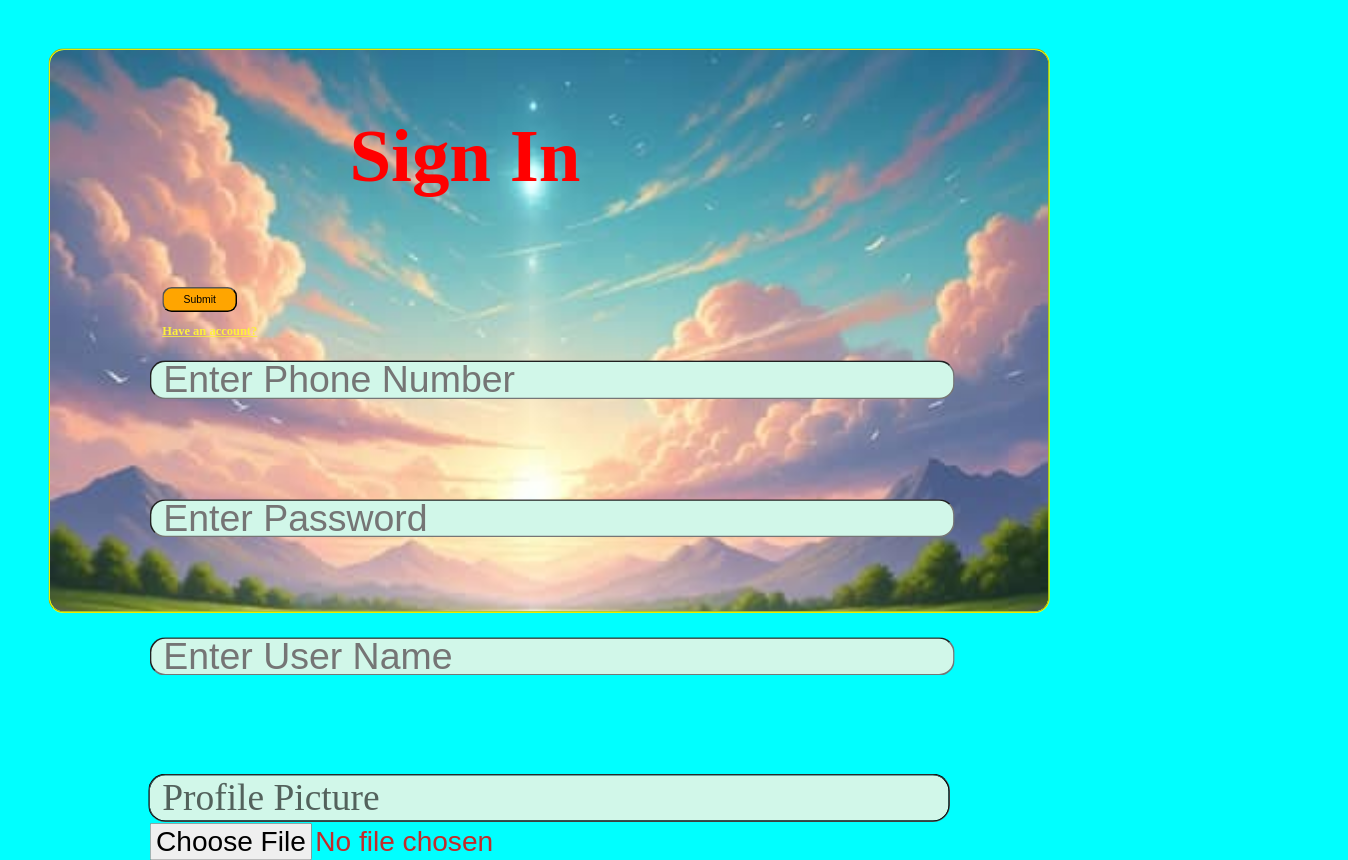
Repository: Amani-Kibet/express-app-web
Page: pages/signup/signIn.html
These files come from the project's save history. The page is drawn as it stood at one moment and after the next save; the edit follows.
The browser window is 1280 px wide. The page is 1728 px wide, so the pictures cover 1728 px, including what lies to the right of the window. The pictures show the whole page, at 78% of full size.

Above is the page before, as saved 2025-09-28 15:36:49.

### pages/signup/signIn.html
<!DOCTYPE html>
<head>
  <title> Login Page</title>
  <style>
  #board{
    background: url(/pictures/p1.png);
    background-size: cover;
    width: 100vw;
    height: 100vh;
    border-radius: 18px;
    outline: 2px groove yellow;
    position: absolute;
    top: 4rem;
    left: 4rem;
    display: flex;
    flex-direction: column;
  }
  h2{
    color: red;
    position: relative;
    left: 30%;
    font-size: 6rem
  }
  .inputs{
    width: 80%;
    height: 6%;
    position: relative;
    left: 10%;
    margin-top: 10%;
    border-radius: 20px;
    color: blue;
    font-size: 3em;
    background-color: rgb(209, 247, 233);
  }
  #picC{
    display: flex;
    flex-direction: column;
    gap: 10%;
    height: 8%;
    outline: 2px groove black;
    color: rgb(194, 43, 43);
  }
  #picI{
    font-size: 0.75em;
  }
  #picT{
    font-size: 1em;
    opacity: 0.6;
    font-style: normal;
    position: relative;
    left: 1rem;
    color: black;
  }
  #submit{
    background: orange;
    position: absolute;
    width: 6rem;
    height: 2rem;
    top: 19rem;
    left: 9rem;
    border-radius: 12px;
  }
  #msg{
    background: lightblue;
    width: 14rem;
    height: 14rem;
    border-radius: 10px;
    position: absolute;
    bottom: 8rem;
    left: 5rem;
    outline: 2px groove yellow;
    display: none;
  }
  .prog{
    width: 3rem;
    height: 3rem;
    border-radius: 40px;
    position: absolute;
    top: 2rem;
    left: 4.5rem;
    outline: 10px groove yellow;
    font-size: 40px;
  }
  #prog2{
      transform: rotateY(90deg)
  }
  #progC{
    transform-style: preserve-3d;
    animation: spin 4s ease-in-out infinite;
  }
  #msgT{
    position: relative;
    top: 6rem;
    left: 1rem;
    color: blue;
    font-weight: 500;
    font-size: large;
    width: 12rem;
    height: 50px;
  }
  #loginT{
    position: relative;
    top: 6rem;
    left: 1rem;
    color: rgb(255, 60, 0);
    font-weight: 500;
    font-size: large;
    width: 12rem;
    height: 50px;
  }
  .links{
    position: absolute;
    font-weight: 800;
  }
  #link1{
    top: 22rem;
    left: 9rem;
    color:rgb(253, 240, 61)
  }
  @keyframes spin{
    0%{transform: rotateY(0deg) rotateX(0deg) translateX(0px)}
    50%{transform: rotateY(360deg) rotateX(60deg) translateX(50px)}
    100%{transform: rotateY(0deg) rotateX(0deg) translateX(0px)}
  }
  </style>
</head>
<body bgColor="cyan">
  <div id="board">
    <h2>Sign In</h2>
    <input type="number" class="inputs" id="phoneI" placeholder=" Enter Phone Number">
    <input type="password" class="inputs" id="passI" placeholder=" Enter Password">
    <input type="text" class="inputs" id="nameI" placeholder=" Enter User Name">
    <div id="picC" class="inputs">
      <i id="picT">Profile Picture</i>
    <input id="picI" type="file" name="image">
    </div>
  <button id="submit" onclick="f1()">Submit</button>
  <a class="links" id="link1" href="/pages/signup/logIn.html">Have an account?</a>
    <div id="msg">
      <div id="progC">
        <div id="prog1" class="prog">🔴</div>
      <div id="prog2" class="prog">🟢</div>
      </div>
      <p id="loginT">Please wait...</p>
      <h3 id="msgT">No text returned</h3>
    </div>
  </div>
</body>
<script>
  let bt1= document.getElementById("submit")
  let msgT= document.getElementById("msgT")
  let msg= document.getElementById("msg")

function f1(){
  let phoneI= document.getElementById("phoneI").value;
  let passI= document.getElementById("passI").value;
  let nameI= document.getElementById("nameI").value;
  let picI= document.getElementById("picI").files[0];

  let folder= new FormData()
  folder.append("image", picI)
  folder.append("json", JSON.stringify({phone: `${phoneI}`, pass: `${passI}`, name: `${nameI}`}))


  fetch("/path1", {
    method: "POST",
    body: folder
  })
  .then(type=> type.text())
  .then(data=> {
  msg.style.display="block";
  msgT.innerHTML=`${phoneI} ${data}`
  setTimeout(()=>{
  msg.style.display="none";
  window.location.href="/pages/signup/login.html"
}, 8000);
})

  fetch("/path2", {
    method: "POST",
    body: env
  });

}
</script>
</html>

After the next save:
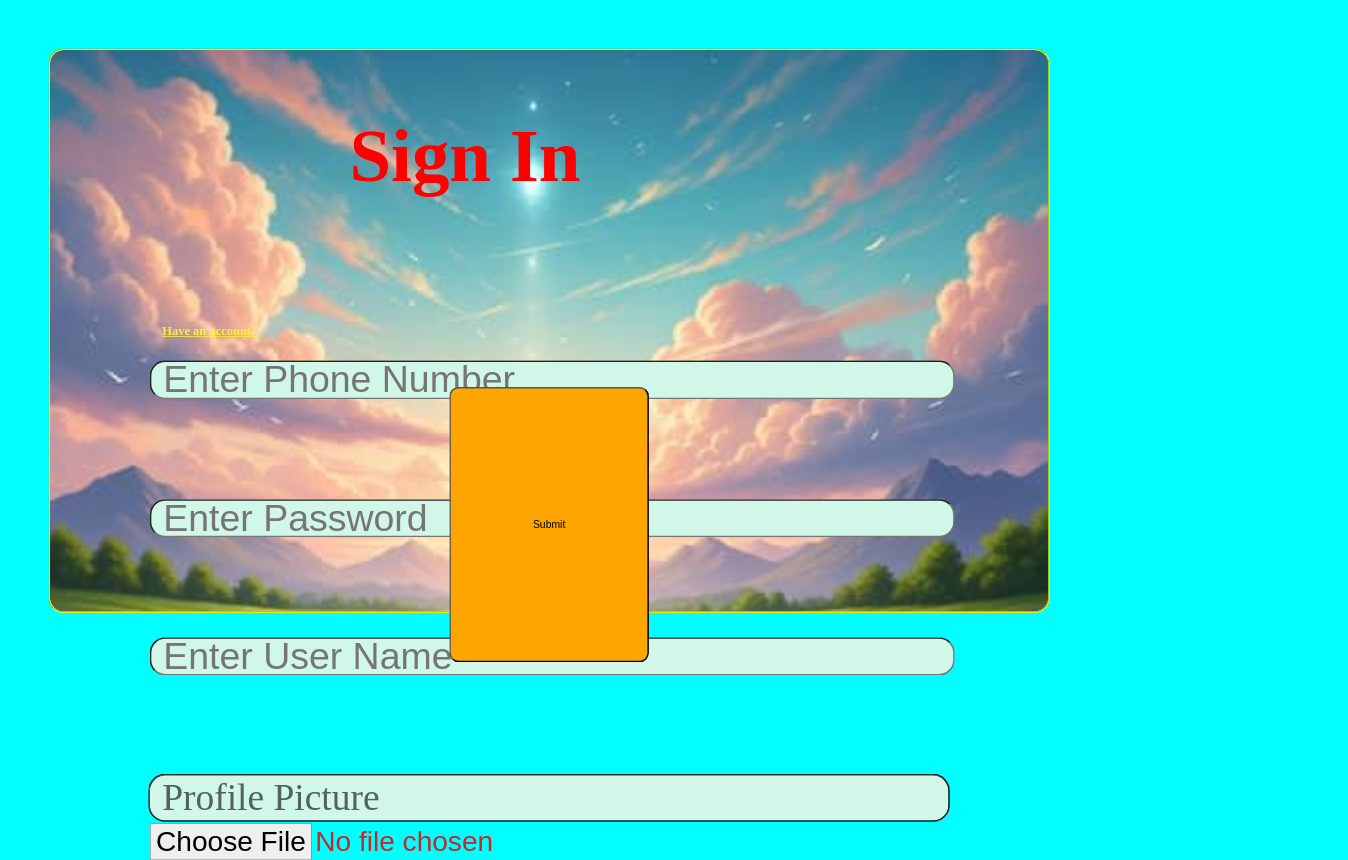
Saved 57 s later.
--- a/pages/signup/signIn.html
+++ b/pages/signup/signIn.html
@@ -12,8 +12,6 @@
     position: absolute;
     top: 4rem;
     left: 4rem;
-    display: flex;
-    flex-direction: column;
   }
   h2{
     color: red;
@@ -54,10 +52,10 @@
   #submit{
     background: orange;
     position: absolute;
-    width: 6rem;
-    height: 2rem;
-    top: 19rem;
-    left: 9rem;
+    width: 20%;
+    height: 49%;
+    top: 60%;
+    left: 40%;
     border-radius: 12px;
   }
   #msg{
